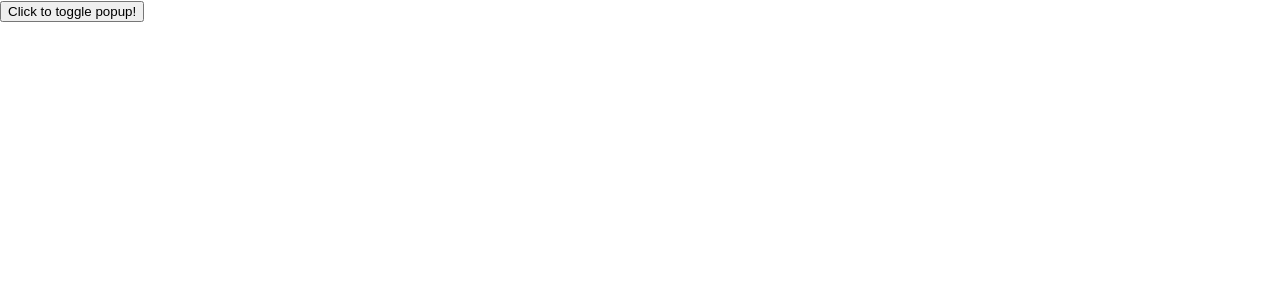
Repository: UoaWDCC/Investment-island
Page: /
The author's editor kept a copy of each file at every save. The page is drawn from the files as they stood at one save, then again after the next save.
The browser window is 1280 px wide. The pictures show the whole page.
The project was rebuilt for these pictures with package versions that can differ from the ones it lists, and the page was loaded fresh each time. The framework's server and built-in components were replaced by stand-ins that run in the browser. Also part of the build but not shown: next.config.js, styles/Home.module.css.

Above is the page before, as saved 2022-06-24 13:49:46.

### pages/_app.js
import "../styles/globals.css";
import { useEffect } from "react";
import { getDocs } from "firebase/firestore";
import initFirebase from "../firebase/clientApp";

export default function MyApp({ Component, pageProps }) {
  initFirebase();
  return <Component {...pageProps} />;
}

### pages/index.tsx
import type { NextPage } from "next";
import Link from "next/link";
import styles from "../styles/Home.module.css";
import Welcome from "../components/popupComponent";
import SignUpBox from "../components/SignUpBox";

// The main entry point
const Home: NextPage = () => {
  const content = (
    <>
    <div>
      <SignUpBox />
    </div>
    <Link href="/disclaimer">
      <a>Next</a>
    </Link>
    </>

  );

  return (
    <div>
      <Welcome
        header="Welcome to Investment Island!"
        description="Lorem ipsum dolor sit amet, consectetur adipiscing elit. Nunc orci urna, dignissim non egestas id, lobortis ut erat. Aliquam erat volutpat. Nam eget ultrices metus. Mauris id venenatis dolor, at molestie risus. Etiam vitae diam purus. Proin non facilisis purus. Fusce id mauris vitae quam fringilla rhoncus a a dui. Cras id dignissim leo, fringilla accumsan sapien.
        Nunc pellentesque ante lorem, sed sodales ex lacinia et. Quisque vehicula justo porttitor arcu rhoncus suscipit. Aliquam lobortis ex scelerisque ipsum aliquam, sed tempor neque lobortis. Etiam sit amet nulla ligula. Nulla eget finibus dui. Fusce nec eleifend ante. Aenean sit amet sem ut odio dignissim gravida et et metus. Maecenas eu eleifend metus. Aenean lobortis lorem mi, sed scelerisque magna ultrices feugiat.
        Integer posuere lorem pharetra placerat egestas."
        content={content}
      />
    </div>
  );
};

export default Home;

### firebase/clientApp.js
import { initializeApp } from "firebase/app";
import { async } from "@firebase/util";
import {
  collection,
  doc,
  setDoc,
  getDoc,
  getFirestore,
  getDocs,
} from "firebase/firestore";
import { useState } from "react";
import "firebase/storage";
import "firebase/analytics";

const clientCredentials = {
  apiKey: process.env.NEXT_PUBLIC_FIREBASE_API_KEY,
  authDomain: process.env.NEXT_PUBLIC_FIREBASE_AUTH_DOMAIN,
  projectId: process.env.NEXT_PUBLIC_FIREBASE_PROJECT_ID,
  storageBucket: process.env.NEXT_PUBLIC_FIREBASE_STORAGE_BUCKET,
  messagingSenderId: process.env.NEXT_PUBLIC_FIREBASE_MESSAGING_SENDER_ID,
  appId: process.env.NEXT_PUBLIC_FIREBASE_APP_ID,
  measurementId: process.env.NEXT_PUBLIC_FIREBASE_MEASUREMENT_ID,
};

export default function initFirebase() {
  const app = initializeApp(clientCredentials);
}

### components/popupComponent.tsx
import type { NextPage } from 'next'
import { ReactElement, useState } from 'react';
import styles from "./popupComponent.module.css";

// Type definition for the props that are being passed in
interface PopupProps {
    header: string,
    description?: string,
    content?: ReactElement,
    initialToggled?: boolean
}

// Background popup for investment island
const Popup: NextPage<PopupProps> = props => {
    const { header, description, content, initialToggled } = props;
    const [toggled, setToggled] = useState(initialToggled || false);

    return (
        <div className={styles.popup}>
            {toggled &&
                <div className={styles.popup_content}>
                    <button className={styles.close_button} onClick={() => setToggled(false)}>
                        <span aria-hidden="true" className={styles.close_span} onClick={() => setToggled(false)}>
                            &times;
                        </span>
                    </button>
                    <h1 className={styles.header}>{header}</h1>
                    <hr className={styles.separator}/>
                    <p className={styles.description}>{description}</p>
                    {content}
                </div>
            }

            {!toggled &&
                <button onClick={() => setToggled(!toggled)}>Click to toggle popup!</button>
            }

        </div>
    );
}

export default Popup;

### components/popupComponent.module.css
.popup {
    position: fixed;
    z-index: 1;
    width: 100%;
    height: 100%;
}

.popup_content {
    background-color: white;
    position: absolute;
    top: 20%;
    left: 30%;
    width: 40%;
    padding: 20px;
    border-radius: 5px;
    border: 2px solid black;
}

.header {

}

.description {

}

.close_button {

}

.close_span {
    color: Black;
    float: right;
}

.close_span:hover {
    color: red;
    cursor: pointer;
}

.separator {
    width: 100%;
    height: 1px;
    background-color: black;
}

### components/SignUpBox.js
import { FirebaseError } from "firebase/app";
import Head from "next/head";
import Image from "next/image";
import styles from "../styles/Home.module.css";
import createUser, { createUserGoogle } from "../firebase/authCreateUser";
import { useState } from "react";

export default function SignUpBox() {
  const [email, setEmail] = useState("");
  const [password, setPassword] = useState("");

  const handleSignIn = () => {
    createUser(email, password);
    setEmail("");
    setPassword("");
  };

  return (
    <div>
      <input
        type="email"
        name="email"
        placeholder="Email"
        onChange={(e) => {
          setEmail(e.target.value);
        }}
        value={email}
      />
      <br />
      <input
        type="password"
        name="password"
        placeholder="Password"
        onChange={(e) => {
          setPassword(e.target.value);
        }}
        value={password}
      />
      <br />
      <button onClick={handleSignIn}>Sign Up</button>
      <br />
      <button
        onClick={() => {
          createUserGoogle();
        }}
      >
        Sign Up With Google
      </button>
    </div>
  );
}

### firebase/authCreateUser.js
import {
  getAuth,
  createUserWithEmailAndPassword,
  GoogleAuthProvider,
  signInWithPopup,
} from "firebase/auth";

export async function createUserGoogle() {
  const auth = getAuth();
  const googleProvider = new GoogleAuthProvider();
  const credentials = await signInWithPopup(auth, googleProvider);
}

export default async function createUser(email, password) {
  try {
    const auth = getAuth();
    await createUserWithEmailAndPassword(auth, email, password);
    return true;
  } catch (e) {
    console.log(e);
    return false;
  }
}

Loaded but not shown: styles/globals.css (common file)

After the next save:
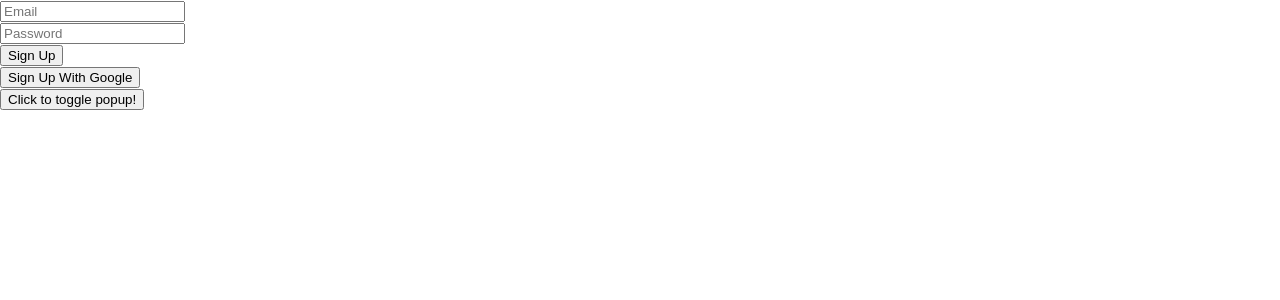
Saved 25 s later.
--- a/pages/index.tsx
+++ b/pages/index.tsx
@@ -8,9 +8,6 @@ import SignUpBox from "../components/SignUpBox";
 const Home: NextPage = () => {
   const content = (
     <>
-    <div>
-      <SignUpBox />
-    </div>
     <Link href="/disclaimer">
       <a>Next</a>
     </Link>
@@ -19,6 +16,11 @@ const Home: NextPage = () => {
   );
 
   return (
+
+    <>
+        <div>
+      <SignUpBox />
+    </div>
     <div>
       <Welcome
         header="Welcome to Investment Island!"
@@ -28,6 +30,8 @@ const Home: NextPage = () => {
         content={content}
       />
     </div>
+    </>
+
   );
 };
 
